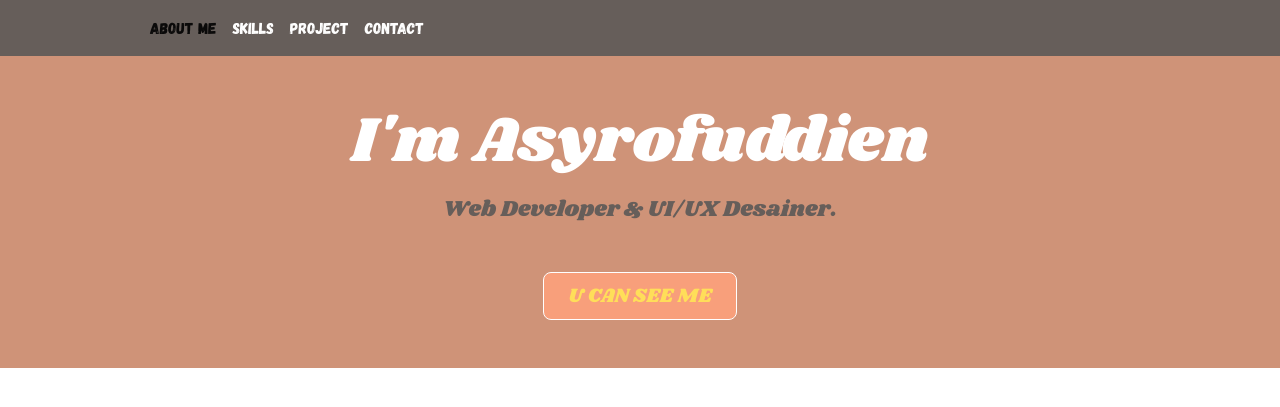
Repository: zetta-muhammad-asyrofuddien/Html-Css-ZettaCAmp
Page: Day1/Portofolio/index.html
These files come from the project's save history. The page is drawn as it stood at one moment and after the next save; the edit follows.
The browser window is 1280 px wide. The pictures show the whole page.

Above is the page before, as saved 2023-07-05 03:18:00.

After the next save:
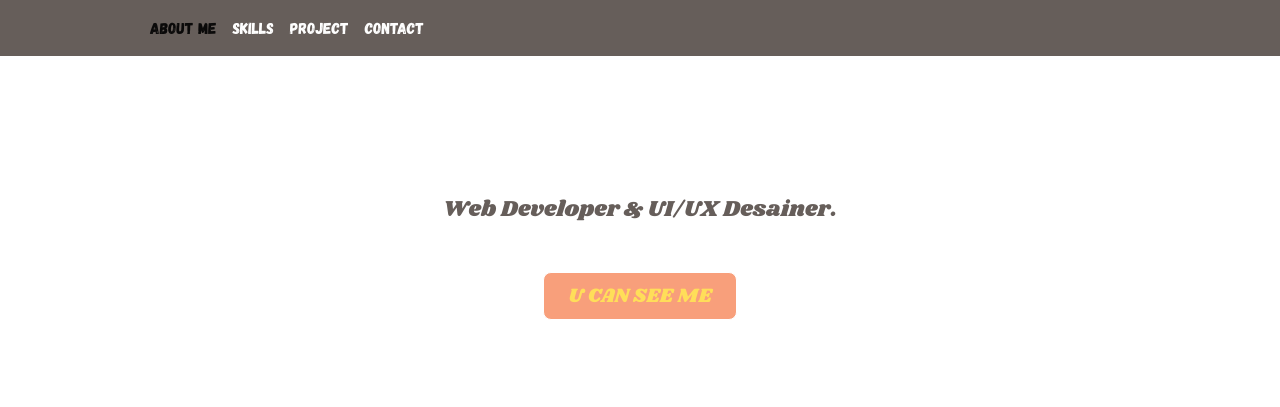
Saved 17 s later.
--- a/Day1/Portofolio/syle.css
+++ b/Day1/Portofolio/syle.css
@@ -15,7 +15,7 @@
   background-color: #665e5a;
 }
 .perkenalan {
-  background-color: #cf9378;
+  background-image: ;
 }
 .nav-link {
   color: white;

After the save that followed:
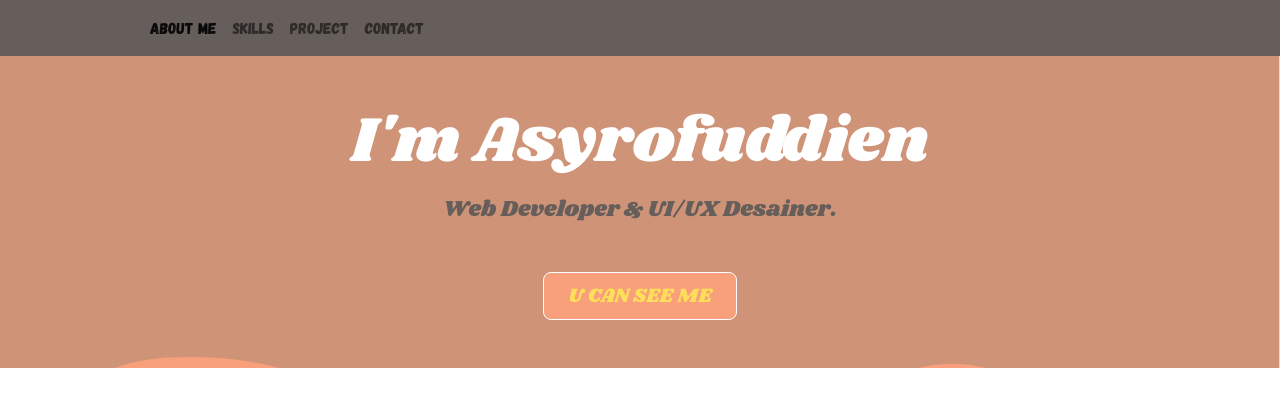
Saved 38 s later.
--- a/Day1/Portofolio/syle.css
+++ b/Day1/Portofolio/syle.css
@@ -15,8 +15,9 @@
   background-color: #665e5a;
 }
 .perkenalan {
-  background-image: ;
-}
+    background-image: url('./asset/img/wave.svg');
+    background-size: cover;
+    background-position: center;
 .nav-link {
   color: white;
 }
